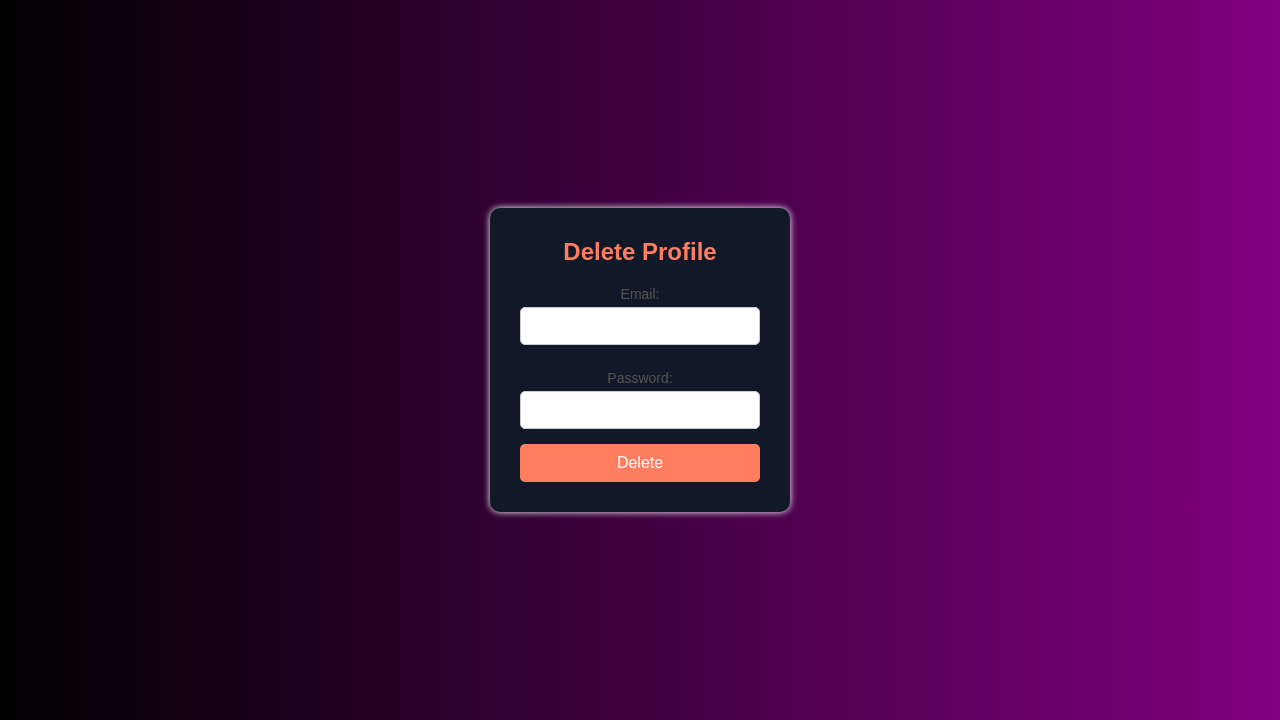
Repository: PeruriNaresh/Bank_Project
Page: http://localhost/bank_project/Delete.jsp
The author's editor kept a copy of each file at every save. The page is drawn from the files as they stood at one save, then again after the next save.
The browser window is 1280 px wide. The pictures show the whole page.
The page is served by Tomcat 9.

Above is the page before, as saved 2024-10-25 16:38:59.

After the next save:
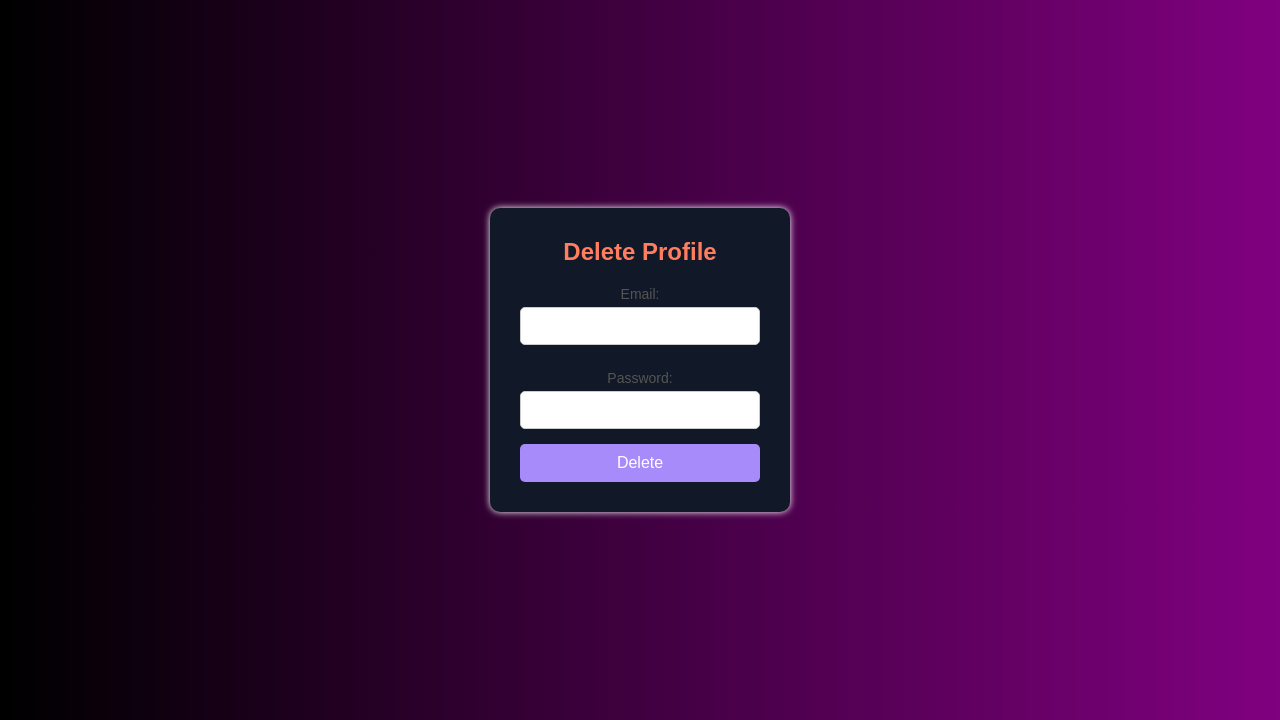
Saved 24 s later.
--- a/bank_project/src/main/webapp/Delete.jsp
+++ b/bank_project/src/main/webapp/Delete.jsp
@@ -64,11 +64,9 @@
     border-radius: 5px;
     cursor: pointer;
     font-size: 16px;
+    background-color: rgba(167, 139, 250, 1);
 }
 
-input[type="submit"]:hover {
-   background-color: rgba(167, 139, 250, 1);
-}
 
 
 </style>
